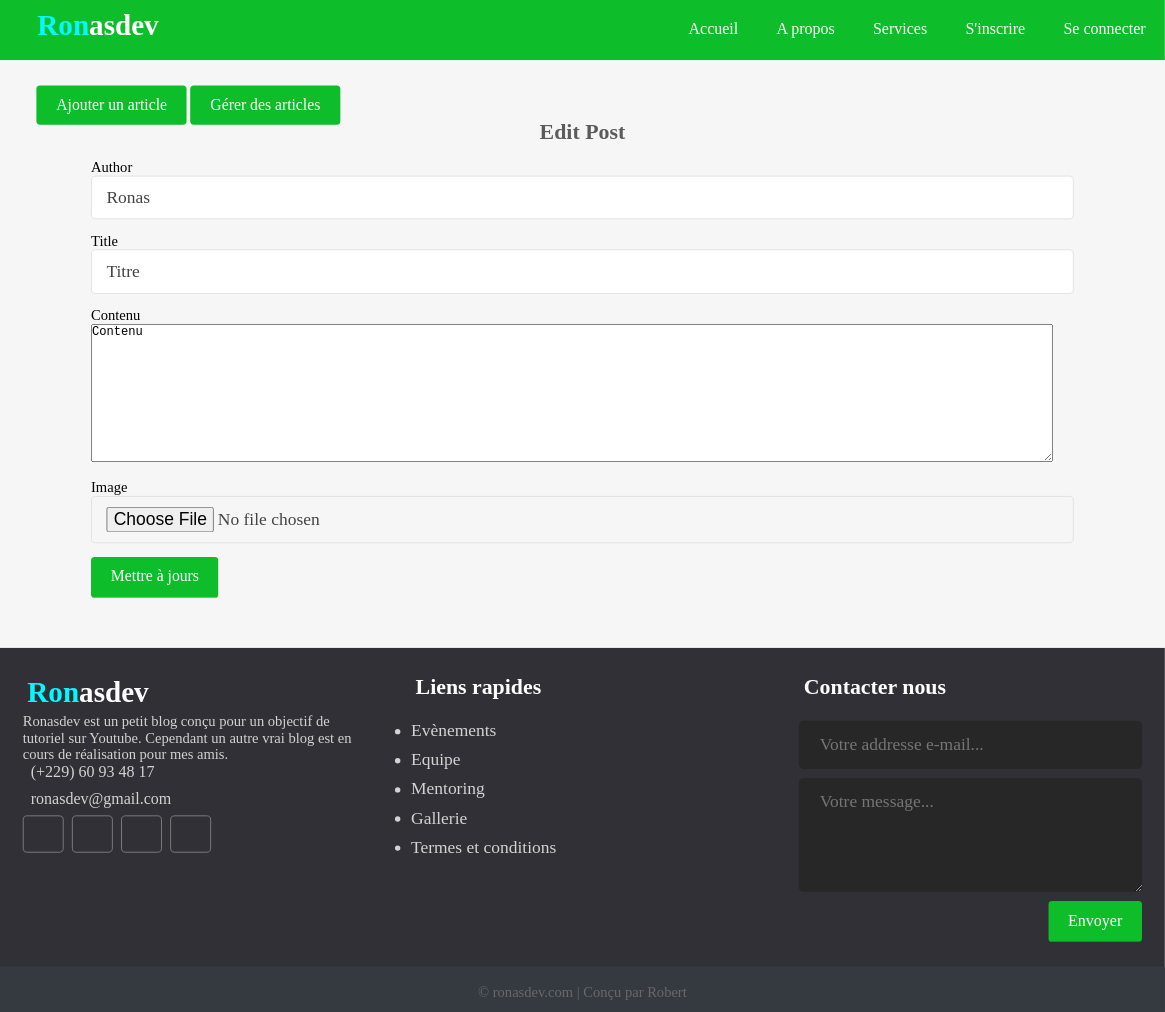
Repository: ahamie71/miniblog
Page: http://localhost/admin/edit.php
An editor plug-in stored every save of this project. The page is shown before and after the next save, followed by the edit.
The browser window is 1280 px wide. The pictures show the whole page, at 91% of full size.
The page is run by PHP 8.4 with error messages shown; the project is at /var/www/html/.

Above is the page before, as saved 2023-03-01 09:24:10.

After the next save:
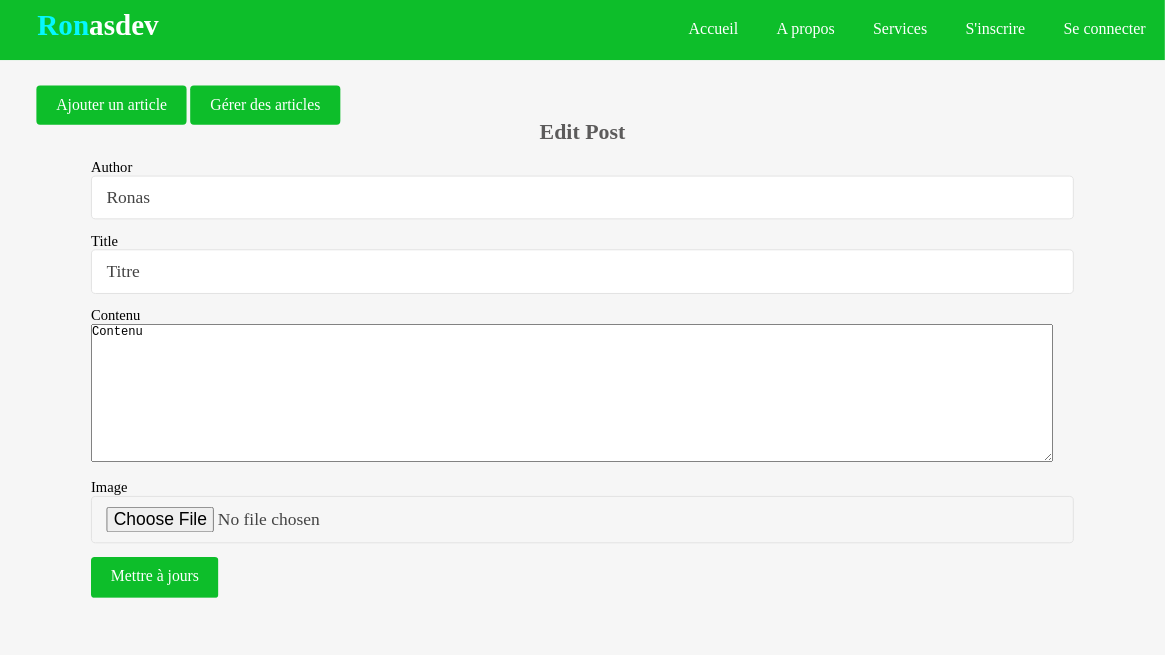
Saved 63 s later.
--- a/admin/edit.php
+++ b/admin/edit.php
@@ -72,69 +72,6 @@
             <!-- // Admin Content -->
 
         </div>
-        <!-- // Page Wrapper -->
-        <div class="footer">
-            <div class="footer-content">
-
-              <div class="footer-section about">
-                <h1 class="logo-text"><span>Ron</span>asdev</h1>
-                <p>
-                  Ronasdev est un petit  blog conçu pour un objectif de tutoriel sur Youtube.
-                  Cependant un autre vrai blog est en cours de réalisation pour mes amis.
-                   </p>
-                <div class="contact">
-                  <span><i class="fas fa-phone"></i> &nbsp; (+229) 60 93 48 17</span>
-                  <span><i class="fas fa-envelope"></i> &nbsp; ronasdev@gmail.com</span>
-                </div>
-                <div class="socials">
-                  <a href="#"><i class="fab fa-facebook"></i></a>
-                  <a href="#"><i class="fab fa-instagram"></i></a>
-                  <a href="#"><i class="fab fa-twitter"></i></a>
-                  <a href="#"><i class="fab fa-youtube"></i></a>
-                </div>
-              </div>
-
-              <div class="footer-section links">
-                <h2>Liens rapides</h2>
-                <br>
-                <ul>
-                  <a href="#">
-                    <li>Evènements</li>
-                  </a>
-                  <a href="#">
-                    <li>Equipe</li>
-                  </a>
-                  <a href="#">
-                    <li>Mentoring</li>
-                  </a>
-                  <a href="#">
-                    <li>Gallerie</li>
-                  </a>
-                  <a href="#">
-                    <li>Termes et conditions</li>
-                  </a>
-                </ul>
-              </div>
-
-              <div class="footer-section contact-form">
-                <h2>Contacter nous</h2>
-                <br>
-                <form action="index.html" method="post">
-                  <input type="email" name="email" class="text-input contact-input" placeholder="Votre addresse e-mail...">
-                  <textarea rows="4" name="message" class="text-input contact-input" placeholder="Votre message..."></textarea>
-                  <button type="submit" class="btn btn-big contact-btn">
-                    <i class="fas fa-envelope"></i>
-                   Envoyer
-                  </button>
-                </form>
-              </div>
-
-            </div>
-
-            <div class="footer-bottom">
-              &copy; ronasdev.com | Conçu par Robert
-            </div>
-          </div>
 
     </body>
 
